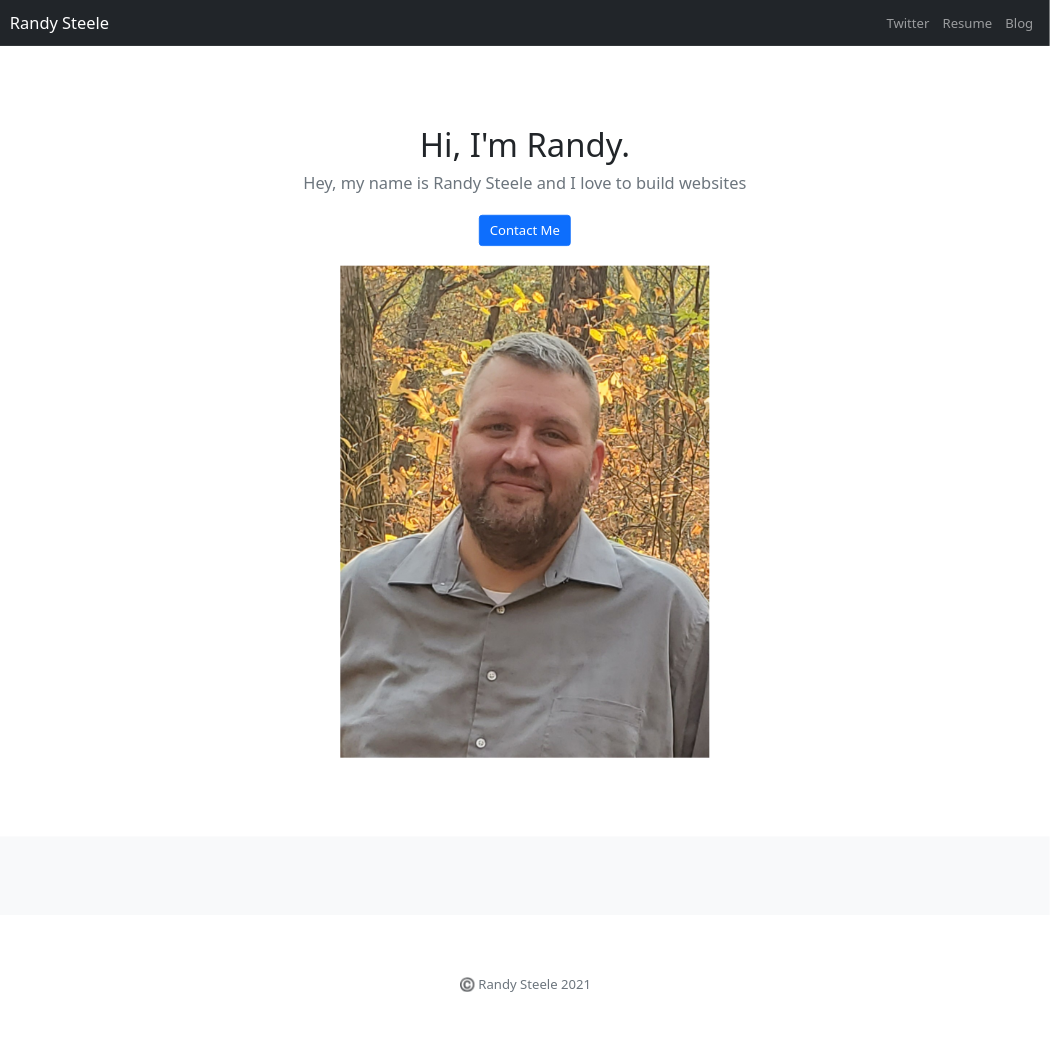
Repository: randysteele/my-portfolio
Page: http://localhost/
The author's editor kept a copy of each file at every save. The page is drawn from the files as they stood at one save, then again after the next save.
The browser window is 1280 px wide. The pictures show the whole page, at 82% of full size.
The page is served by the project's application, run on Django 2.2 (manage.py). Queries for data that is not in the repository find no rows.

Above is the page before, as saved 2021-03-26 09:09:34.

After the next save:
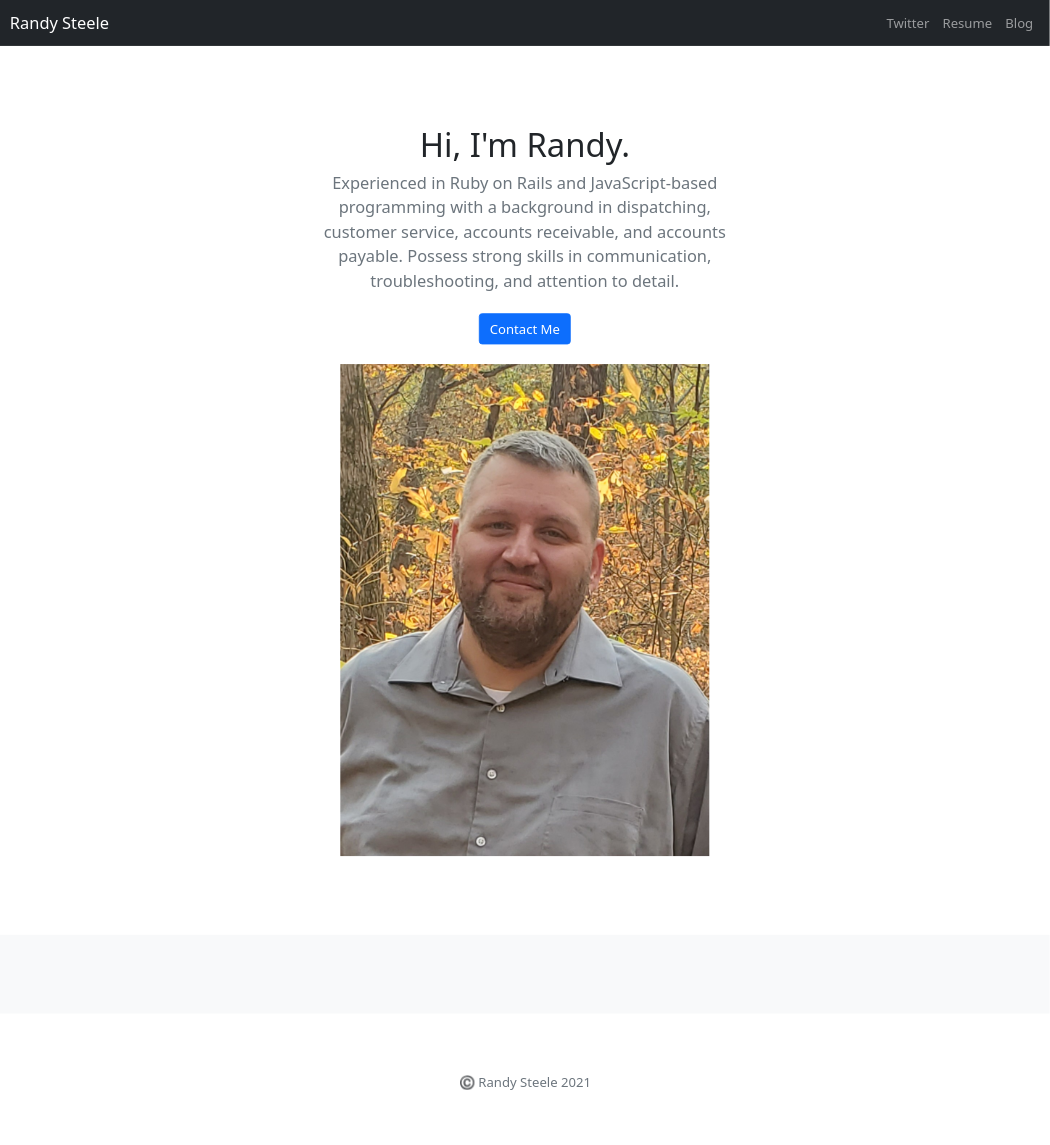
Saved 2 min 17 s later.
--- a/django-portfolio/jobs/templates/jobs/home.html
+++ b/django-portfolio/jobs/templates/jobs/home.html
@@ -79,7 +79,7 @@
             <div class="row py-lg-5">
                 <div class="col-lg-6 col-md-8 mx-auto">
                     <h1 class="fw-light">Hi, I'm Randy.</h1>
-                    <p class="lead text-muted">Hey, my name is Randy Steele and I love to build websites</p>
+                    <p class="lead text-muted">Experienced in Ruby on Rails and JavaScript-based programming with a background in dispatching, customer service, accounts receivable, and accounts payable. Possess strong skills in communication, troubleshooting, and attention to detail. </p>
                     <p>
                         <a href="mailto:steelerx155@gmail.com" class="btn btn-primary my-2">Contact Me</a>
                     </p>
